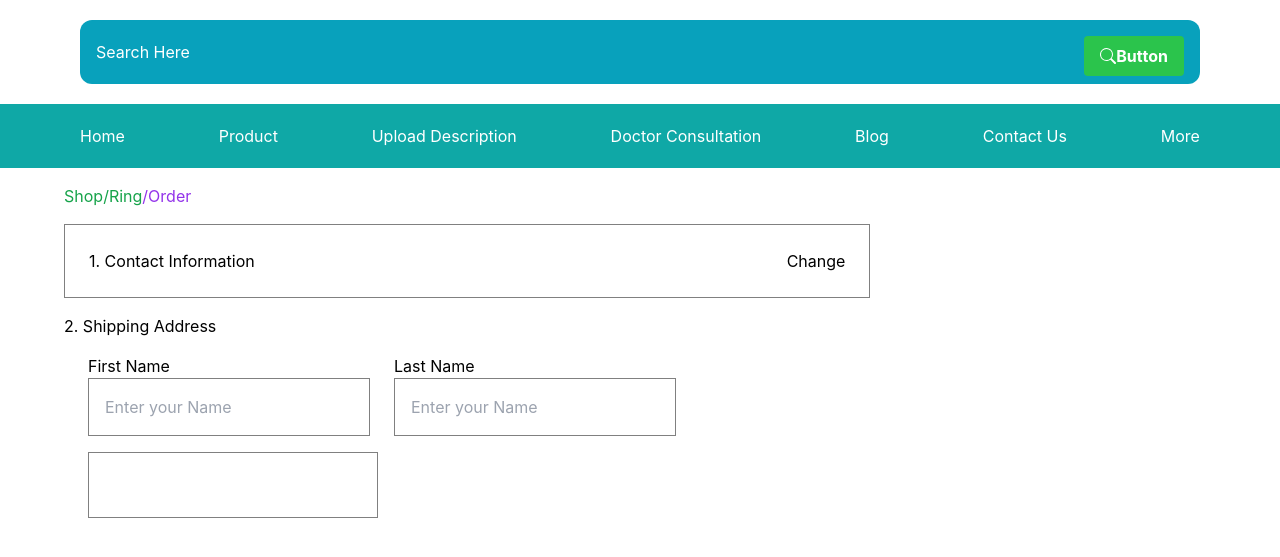
Repository: arafatmollah/form-pharma
Page: /
The author's editor kept a copy of each file at every save. The page is drawn from the files as they stood at one save, then again after a run of saves.
The browser window is 1280 px wide. The pictures show the whole page.
The project was rebuilt for these pictures with package versions that can differ from the ones it lists, and the page was loaded fresh each time.

Above is the page before, as saved 2023-03-14 23:53:12.

After the next 3 saves:
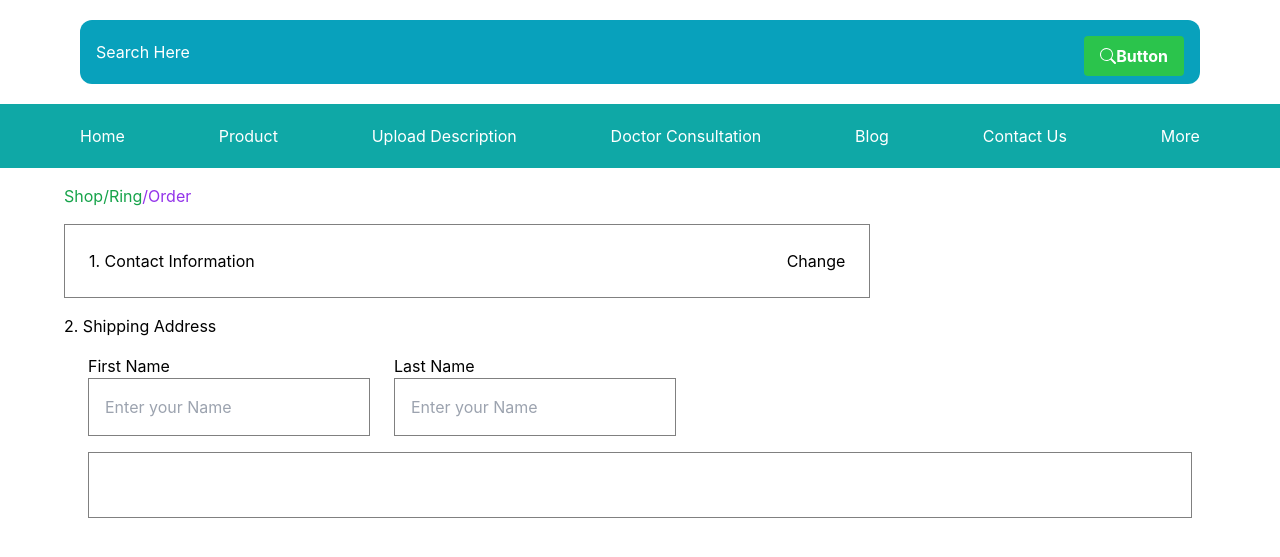
The 3 saves are shown as one change because 1 did not build or start and some came seconds apart.
The last was saved 13 s later.
--- a/src/App.css
+++ b/src/App.css
@@ -22,3 +22,6 @@
 .input{
   border: 1px solid gray;
 }
+.an{
+  width: 100%;
+}

After the 2 saves that followed:
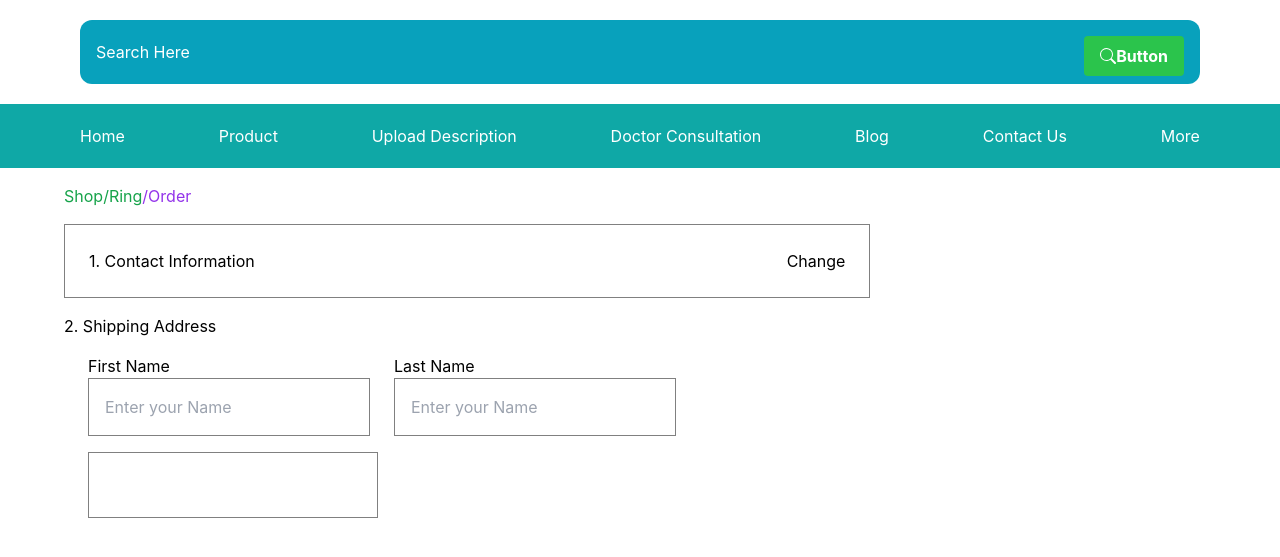
The 2 saves are shown as one change because they came seconds apart.
The last was saved 9 s later.
--- a/src/App.css
+++ b/src/App.css
@@ -23,5 +23,5 @@
   border: 1px solid gray;
 }
 .an{
-  width: 100%;
+  width: ;
 }
